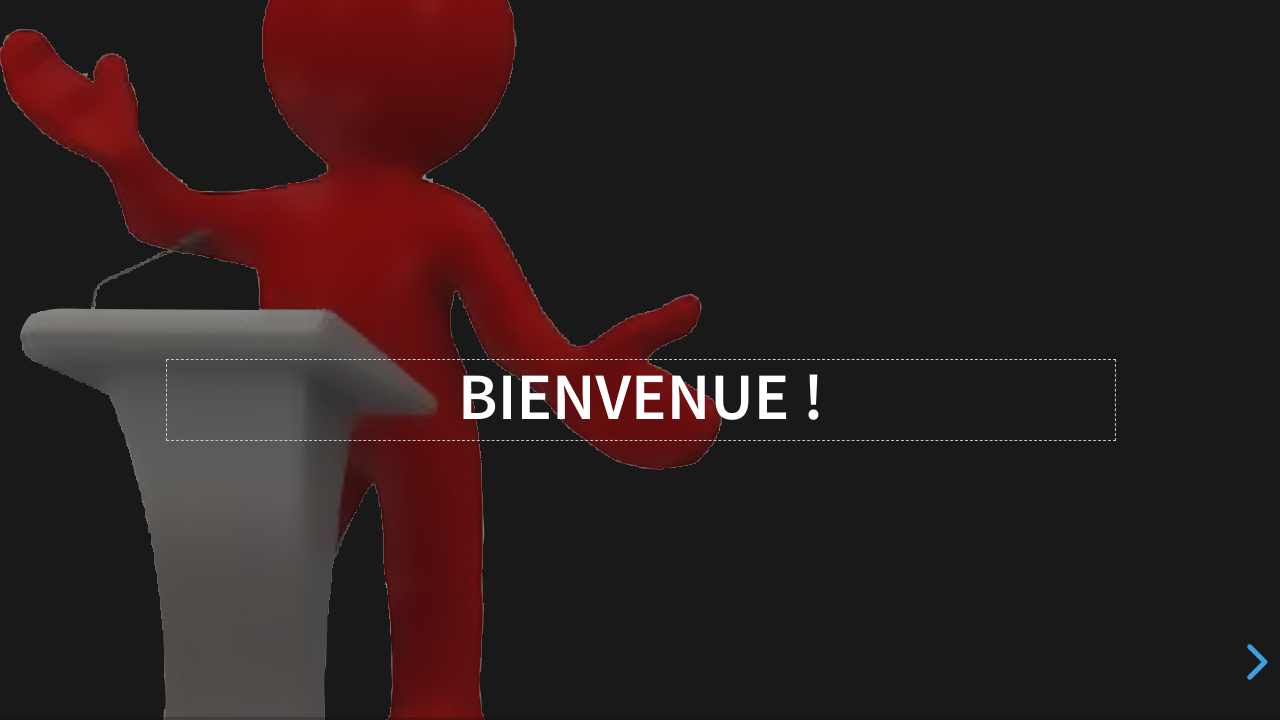
Repository: cutesquirrel/pres-college
Page: index.html
These files come from the project's save history. The page is drawn as it stood at one moment and after the next save; the edit follows.
The browser window is 1280 px wide. The pictures show the whole page.

Above is the page before, as saved 2024-03-31 10:46:22.

### index.html
<!doctype html>
<html lang="en">
	<head>
		<meta charset="utf-8">
		<meta name="viewport" content="width=device-width, initial-scale=1.0, maximum-scale=1.0, user-scalable=no">

		<title>reveal.js</title>

		<link rel="stylesheet" href="dist/reset.css">
		<link rel="stylesheet" href="dist/reveal.css">
		<link rel="stylesheet" href="dist/theme/black.css">

		<!-- Theme used for syntax highlighted code -->
		<link rel="stylesheet" href="plugin/highlight/monokai.css">
		<link rel="stylesheet" href="custom.css">
	</head>
	<body>
		<div class="reveal">
			<div class="slides">
				<section data-background-image="./whoami.png" data-background-size="722px" data-background-position="left" data-background-repeat="no-repeat" data-background-opacity="0.5">
					<h2 class="animate-text">Bienvenue !</h2>
				</section>
				<section data-background-image="./whoami.png" data-background-size="722px" data-background-position="left" data-background-repeat="no-repeat" data-background-opacity="0.5">
					<h2>Qui suis-je ?</h2>
				</section>
				<section data-background-image="./fond_dev.png" >
					<h2>Développement ?</h2>
				</section>
				<section>

					<h2>Idées de thèmes</h2>
					<ul class="r-fit-text">
<li class="fragment fade-left">Les différentes activités réalisées dans votre travail
Développement Web
Gestion de projet
Management d'équipe
Travailler avec les fournisseurs : hébergeur, avis clients par ex, réseaux sociaux
Réunions d'équipe : qui travaille sur quoi ?
Réunions pour préparer des nouveaux projets
Réunions de crise : gros souci sur un site, on ne vend plus ? panique à bord ?


</li>
<li class="fragment fade-left">Description d'une journée type
	Je dirige une équipe de 8 personnes, coupée en 3 : une partie à Aix, l'autre à Montpellier, 1 en Bretagne
	On utilise donc beaucoup Slack, un outil pour communiquer entre nous, comme WhatsApp
Outils de chat : 2
</li>

<li class="fragment fade-left">les horaires de travail -

	9h-12h/14h-18h environ</li>

<li class="fragment fade-left">lieu(x) d’exercice du métier:

	dans l'entreprise, à Aix, ou en télétravail 2j/semaine</li>

<li class="fragment fade-left">les qualités et compétences demandées
	passioné par le développement
  curieux, inventif
	aimer travailler en équipe
	autonôme parfois
</li>

<li class="fragment fade-left">votre parcours de formation
ESIGELEC, école d'ingénieur généraliste.
Plein d'autres formations possibles : EPITECH, l'école 42, BTS, BUT, formation de reconversion


</li>
<li class="fragment fade-left">la place de l’anglais dans votre profession</li>
<li class="fragment fade-left">L’éducation nationale s’engage pour le développement durable et la transition écologique :
	la question de l’environnement est au coeur des nouveaux programme du lycée.

	parler de la question de la consommation énergétique
	Green IT ?
  Netflix, moteurs de recherche comme Google, l'intelligence articielle, le bitcoin - consommation énergétique monstrueuse


</li>
<li class="fragment fade-left">Entreprise ? égalité fille/ garçon: la part des femmes et des hommes dans votre entreprise

	Parmi les développeurs/euses, il y a encore peu de femmes.
	La preuve, je n'ai qu'une femme dans mon équipe sur 8 personnes...

	Par contre, au service marketing, dont je fais partie, c'est principalement des femmes :
	   graphistes, designeuses
	   community manager
		 responsable produit
		 ventes

  De nombreuses initiatives existent pour promouvoir la place de la femme dans ce métier.

</li>
					</ul>

TROUVER QQ PHOTOS HOMAIR
QQ PHOTOS AGREMENTANT LA PRESENTATION

				</section>
				<section>
					<section>Slide 2.1</section>
					<section>Slide 2.2</section>
				</section>
				<section data-transition="convex">
					<h3>data-transition: convex</h3>
				</section>
				<section data-background="indigo">
					<h2>Scroll triggered fragments</h2>
					<ul>
						<li class="fragment fade-left">Step one</li>
						<li class="fragment fade-left">Step two</li>
						<li class="fragment fade-left">Step three</li>
					</ul>
				</section>
			</div>
		</div>

		<script src="dist/reveal.js"></script>
		<script src="plugin/notes/notes.js"></script>
		<script src="plugin/markdown/markdown.js"></script>
		<script src="plugin/highlight/highlight.js"></script>
		<script>
			// More info about initialization & config:
			// - https://revealjs.com/initialization/
			// - https://revealjs.com/config/
			Reveal.initialize({
				hash: true,

				// Learn about plugins: https://revealjs.com/plugins/
				plugins: [ RevealMarkdown, RevealHighlight, RevealNotes ]
			});
		</script>
		<script src="custom.js"></script>
	</body>
</html>

### dist/theme/black.css
/**
 * Black theme for reveal.js. This is the opposite of the 'white' theme.
 *
 * By Hakim El Hattab, http://hakim.se
 */
@import url(./fonts/source-sans-pro/source-sans-pro.css);
section.has-light-background, section.has-light-background h1, section.has-light-background h2, section.has-light-background h3, section.has-light-background h4, section.has-light-background h5, section.has-light-background h6 {
  color: #222;
}

/*********************************************
 * GLOBAL STYLES
 *********************************************/
:root {
  --r-background-color: #191919;
  --r-main-font: Source Sans Pro, Helvetica, sans-serif;
  --r-main-font-size: 42px;
  --r-main-color: #fff;
  --r-block-margin: 20px;
  --r-heading-margin: 0 0 20px 0;
  --r-heading-font: Source Sans Pro, Helvetica, sans-serif;
  --r-heading-color: #fff;
  --r-heading-line-height: 1.2;
  --r-heading-letter-spacing: normal;
  --r-heading-text-transform: uppercase;
  --r-heading-text-shadow: none;
  --r-heading-font-weight: 600;
  --r-heading1-text-shadow: none;
  --r-heading1-size: 2.5em;
  --r-heading2-size: 1.6em;
  --r-heading3-size: 1.3em;
  --r-heading4-size: 1em;
  --r-code-font: monospace;
  --r-link-color: #42affa;
  --r-link-color-dark: #068de9;
  --r-link-color-hover: #8dcffc;
  --r-selection-background-color: rgba(66, 175, 250, 0.75);
  --r-selection-color: #fff;
  --r-overlay-element-bg-color: 240, 240, 240;
  --r-overlay-element-fg-color: 0, 0, 0;
}

.reveal-viewport {
  background: #191919;
  background-color: var(--r-background-color);
}

.reveal {
  font-family: var(--r-main-font);
  font-size: var(--r-main-font-size);
  font-weight: normal;
  color: var(--r-main-color);
}

.reveal ::selection {
  color: var(--r-selection-color);
  background: var(--r-selection-background-color);
  text-shadow: none;
}

.reveal ::-moz-selection {
  color: var(--r-selection-color);
  background: var(--r-selection-background-color);
  text-shadow: none;
}

.reveal .slides section,
.reveal .slides section > section {
  line-height: 1.3;
  font-weight: inherit;
}

/*********************************************
 * HEADERS
 *********************************************/
.reveal h1,
.reveal h2,
.reveal h3,
.reveal h4,
.reveal h5,
.reveal h6 {
  margin: var(--r-heading-margin);
  color: var(--r-heading-color);
  font-family: var(--r-heading-font);
  font-weight: var(--r-heading-font-weight);
  line-height: var(--r-heading-line-height);
  letter-spacing: var(--r-heading-letter-spacing);
  text-transform: var(--r-heading-text-transform);
  text-shadow: var(--r-heading-text-shadow);
  word-wrap: break-word;
}

.reveal h1 {
  font-size: var(--r-heading1-size);
}

.reveal h2 {
  font-size: var(--r-heading2-size);
}

.reveal h3 {
  font-size: var(--r-heading3-size);
}

.reveal h4 {
  font-size: var(--r-heading4-size);
}

.reveal h1 {
  text-shadow: var(--r-heading1-text-shadow);
}

/*********************************************
 * OTHER
 *********************************************/
.reveal p {
  margin: var(--r-block-margin) 0;
  line-height: 1.3;
}

/* Remove trailing margins after titles */
.reveal h1:last-child,
.reveal h2:last-child,
.reveal h3:last-child,
.reveal h4:last-child,
.reveal h5:last-child,
.reveal h6:last-child {
  margin-bottom: 0;
}

/* Ensure certain elements are never larger than the slide itself */
.reveal img,
.reveal video,
.reveal iframe {
  max-width: 95%;
  max-height: 95%;
}

.reveal strong,
.reveal b {
  font-weight: bold;
}

.reveal em {
  font-style: italic;
}

.reveal ol,
.reveal dl,
.reveal ul {
  display: inline-block;
  text-align: left;
  margin: 0 0 0 1em;
}

.reveal ol {
  list-style-type: decimal;
}

.reveal ul {
  list-style-type: disc;
}

.reveal ul ul {
  list-style-type: square;
}

.reveal ul ul ul {
  list-style-type: circle;
}

.reveal ul ul,
.reveal ul ol,
.reveal ol ol,
.reveal ol ul {
  display: block;
  margin-left: 40px;
}

.reveal dt {
  font-weight: bold;
}

.reveal dd {
  margin-left: 40px;
}

.reveal blockquote {
  display: block;
  position: relative;
  width: 70%;
  margin: var(--r-block-margin) auto;
  padding: 5px;
  font-style: italic;
  background: rgba(255, 255, 255, 0.05);
  box-shadow: 0px 0px 2px rgba(0, 0, 0, 0.2);
}

.reveal blockquote p:first-child,
.reveal blockquote p:last-child {
  display: inline-block;
}

.reveal q {
  font-style: italic;
}

.reveal pre {
  display: block;
  position: relative;
  width: 90%;
  margin: var(--r-block-margin) auto;
  text-align: left;
  font-size: 0.55em;
  font-family: var(--r-code-font);
  line-height: 1.2em;
  word-wrap: break-word;
  box-shadow: 0px 5px 15px rgba(0, 0, 0, 0.15);
}

.reveal code {
  font-family: var(--r-code-font);
  text-transform: none;
  tab-size: 2;
}

.reveal pre code {
  display: block;
  padding: 5px;
  overflow: auto;
  max-height: 400px;
  word-wrap: normal;
}

.reveal .code-wrapper {
  white-space: normal;
}

.reveal .code-wrapper code {
  white-space: pre;
}

.reveal table {
  margin: auto;
  border-collapse: collapse;
  border-spacing: 0;
}

.reveal table th {
  font-weight: bold;
}

.reveal table th,
.reveal table td {
  text-align: left;
  padding: 0.2em 0.5em 0.2em 0.5em;
  border-bottom: 1px solid;
}

.reveal table th[align=center],
.reveal table td[align=center] {
  text-align: center;
}

.reveal table th[align=right],
.reveal table td[align=right] {
  text-align: right;
}

.reveal table tbody tr:last-child th,
.reveal table tbody tr:last-child td {
  border-bottom: none;
}

.reveal sup {
  vertical-align: super;
  font-size: smaller;
}

.reveal sub {
  vertical-align: sub;
  font-size: smaller;
}

.reveal small {
  display: inline-block;
  font-size: 0.6em;
  line-height: 1.2em;
  vertical-align: top;
}

.reveal small * {
  vertical-align: top;
}

.reveal img {
  margin: var(--r-block-margin) 0;
}

/*********************************************
 * LINKS
 *********************************************/
.reveal a {
  color: var(--r-link-color);
  text-decoration: none;
  transition: color 0.15s ease;
}

.reveal a:hover {
  color: var(--r-link-color-hover);
  text-shadow: none;
  border: none;
}

.reveal .roll span:after {
  color: #fff;
  background: var(--r-link-color-dark);
}

/*********************************************
 * Frame helper
 *********************************************/
.reveal .r-frame {
  border: 4px solid var(--r-main-color);
  box-shadow: 0 0 10px rgba(0, 0, 0, 0.15);
}

.reveal a .r-frame {
  transition: all 0.15s linear;
}

.reveal a:hover .r-frame {
  border-color: var(--r-link-color);
  box-shadow: 0 0 20px rgba(0, 0, 0, 0.55);
}

/*********************************************
 * NAVIGATION CONTROLS
 *********************************************/
.reveal .controls {
  color: var(--r-link-color);
}

/*********************************************
 * PROGRESS BAR
 *********************************************/
.reveal .progress {
  background: rgba(0, 0, 0, 0.2);
  color: var(--r-link-color);
}

/*********************************************
 * PRINT BACKGROUND
 *********************************************/
@media print {
  .backgrounds {
    background-color: var(--r-background-color);
  }
}

### plugin/highlight/monokai.css
/*
Monokai style - ported by Luigi Maselli - http://grigio.org
*/

.hljs {
  display: block;
  overflow-x: auto;
  padding: 0.5em;
  background: #272822;
  color: #ddd;
}

.hljs-tag,
.hljs-keyword,
.hljs-selector-tag,
.hljs-literal,
.hljs-strong,
.hljs-name {
  color: #f92672;
}

.hljs-code {
  color: #66d9ef;
}

.hljs-class .hljs-title {
  color: white;
}

.hljs-attribute,
.hljs-symbol,
.hljs-regexp,
.hljs-link {
  color: #bf79db;
}

.hljs-string,
.hljs-bullet,
.hljs-subst,
.hljs-title,
.hljs-section,
.hljs-emphasis,
.hljs-type,
.hljs-built_in,
.hljs-builtin-name,
.hljs-selector-attr,
.hljs-selector-pseudo,
.hljs-addition,
.hljs-variable,
.hljs-template-tag,
.hljs-template-variable {
  color: #a6e22e;
}

.hljs-comment,
.hljs-quote,
.hljs-deletion,
.hljs-meta {
  color: #75715e;
}

.hljs-keyword,
.hljs-selector-tag,
.hljs-literal,
.hljs-doctag,
.hljs-title,
.hljs-section,
.hljs-type,
.hljs-selector-id {
  font-weight: bold;
}

### custom.css
/* effet machine à écrire (SIMPLE) */
.animate-text {
	visibility:hidden;
  font-family:"courier",sans-serif;
  color:black;
}

/* déco */
.animate-text {
  width:100%; /* pour visualiser le passage a la ligne */
  border:1px dashed #ccc;
}

/* effet machine à écrire + animation CSS (SPECIAL) */
/*
.animate-text span {
	display:inline-block;
  color:purple;
  animation:fade-in 0.8s ease-in-out 1;
	animation-fill-mode: forwards;
}
@keyframes fade-in {
	0% { opacity:0; font-size:0; xxmargin-left:100px; }
  100% { opacity:1; xxfont-size:300%; xxtransform:rotate(360deg); margin-left:0; }
}
*/

### custom.js
/* ------------------------- */
/* Version en JavaScript pur */
/* ------------------------- */
'use strict'
window.addEventListener('DOMContentLoaded', (event) => {
  animate_text()
})
// -------------------
function animate_text() {
  let delay = 100,
    delay_start = 0,
    contents,
    letters

  document.querySelectorAll('.animate-text').forEach(function (elem) {
    contents = elem.textContent.trim()
    elem.textContent = ''
    letters = contents.split('')
    elem.style.visibility = 'visible'

    letters.forEach(function (letter, index_1) {
      setTimeout(function () {
        // ---------
        // effet machine à écrire (SIMPLE)
        elem.textContent += letter
        // ---------
        // OU :
        // effet machine à écrire + animation CSS (SPECIAL)
        /*
        var span = document.createElement('span');
        span.innerHTML = letter.replace(/ /,'&nbsp;');
        elem.appendChild(span);
*/
        // ---------
      }, delay_start + delay * index_1)
    })
    delay_start += delay * letters.length
  })
}

/* ------------------------- */
/* version jQuery */
/* ------------------------- */
/*
"use strict";
$(document).ready(function() {
  animate_text();
});
// -------------------
function animate_text()
{
  let delay = 100,
      delay_start = 0,
      contents,
      letters;

  $(".animate-text").each(function(index, obj) {
    contents = $(obj).text().trim();
    $(obj).html(''); // on vide le contenu
    letters = contents.split("");
    $(letters).each(function(index_1, letter) {
      setTimeout(function() {
        // ---------
        // effet machine à écrire simple
        $(obj).html( $(obj).html() + letter ); // on ajoute chaque lettre l une après l autre
        // ---------
        // ---------
      }, delay_start + delay * index_1);
    });
    // le suivant démarre à la fin du précédent
    delay_start += delay * letters.length;
  });
}
*/

Loaded but not shown: dist/reset.css (common file); dist/reveal.css (library); dist/reveal.js (library); plugin/notes/notes.js (library); plugin/markdown/markdown.js (library); plugin/highlight/highlight.js (library); dist/theme/fonts/source-sans-pro/source-sans-pro.css (common file)

After the next save:
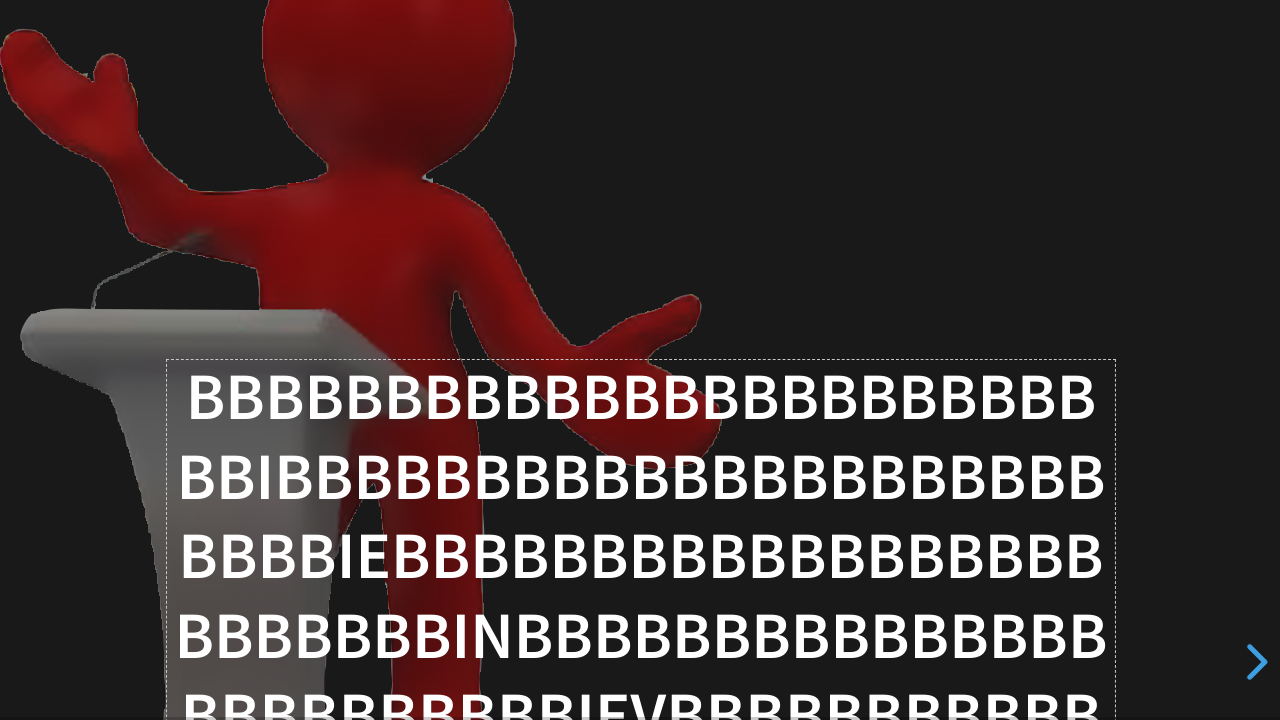
Saved 19 s later.
--- a/custom.js
+++ b/custom.js
@@ -19,7 +19,7 @@
     elem.style.visibility = 'visible'
 
     letters.forEach(function (letter, index_1) {
-      setTimeout(function () {
+      setInterval(function () {
         // ---------
         // effet machine à écrire (SIMPLE)
         elem.textContent += letter

After the save that followed:
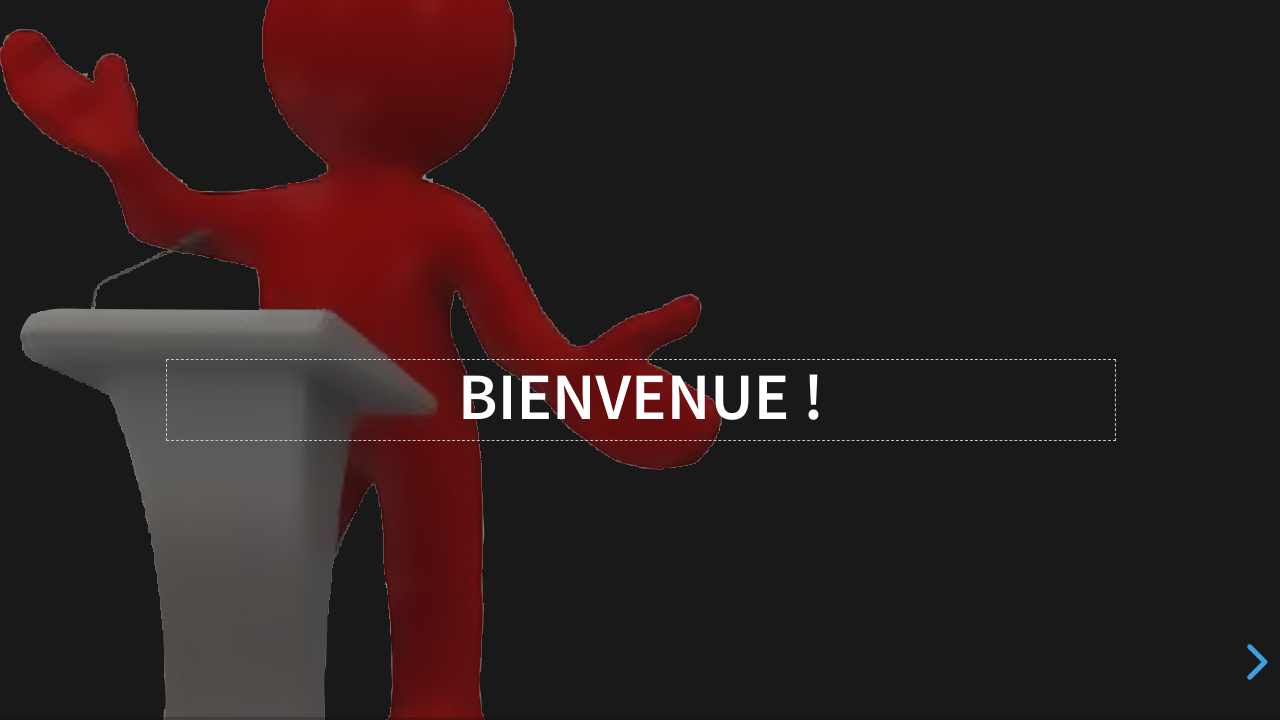
Saved 13 s later.
--- a/custom.js
+++ b/custom.js
@@ -19,7 +19,7 @@
     elem.style.visibility = 'visible'
 
     letters.forEach(function (letter, index_1) {
-      setInterval(function () {
+      setTimeout(function () {
         // ---------
         // effet machine à écrire (SIMPLE)
         elem.textContent += letter
